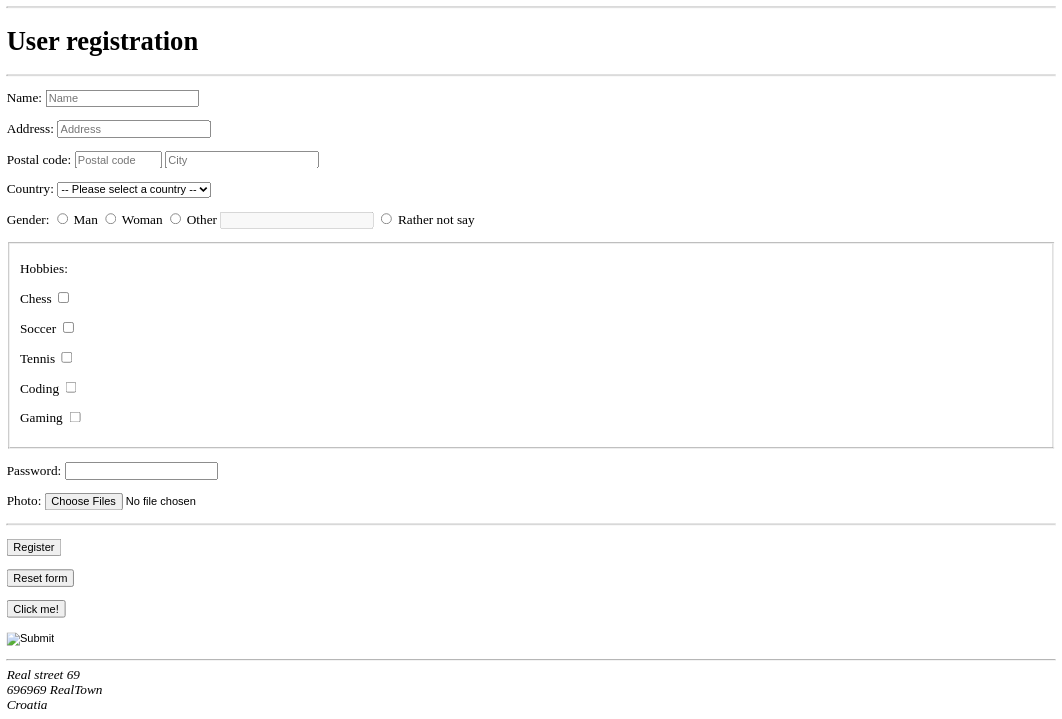
Repository: Filip-Husic/AW_frontend
Page: ex3Forms.html
The author's editor kept a copy of each file at every save. The page is drawn from the files as they stood at one save, then again after a run of saves.
The browser window is 1280 px wide. The pictures show the whole page, at 83% of full size.

Above is the page before, as saved 2022-11-23 14:12:36.

After the next 2 saves:
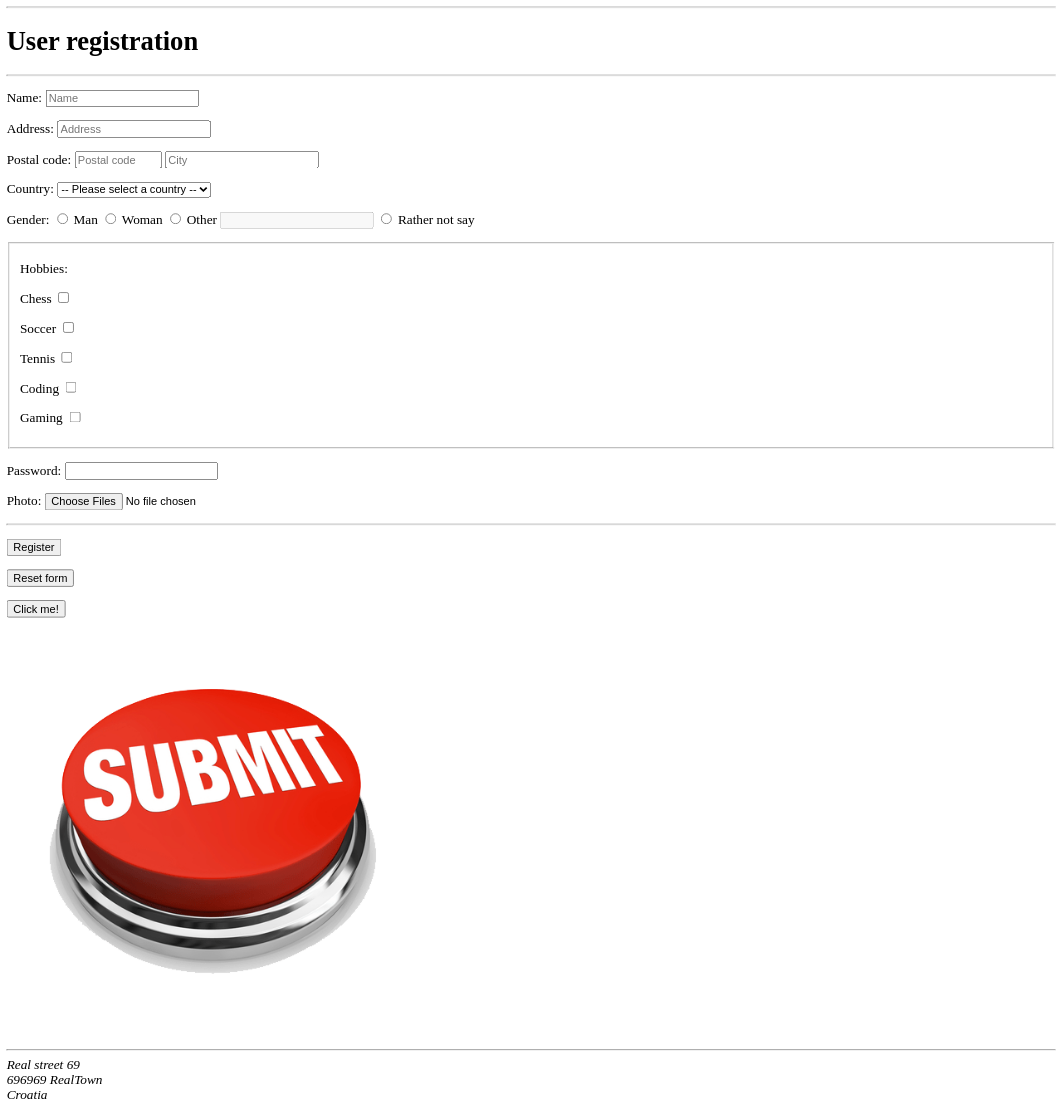
The 2 saves are shown as one change because they came seconds apart.
The last was saved 7 s later.
--- a/ex3Forms.html
+++ b/ex3Forms.html
@@ -91,7 +91,7 @@
             <input type="button" id="btButton" name="btButton" value="Click me!"></input>
         </p>
         <p>
-            <input type="image">
+            <input type="image" src="img/submit.png">
         </p>
         <hr>
     </form>
